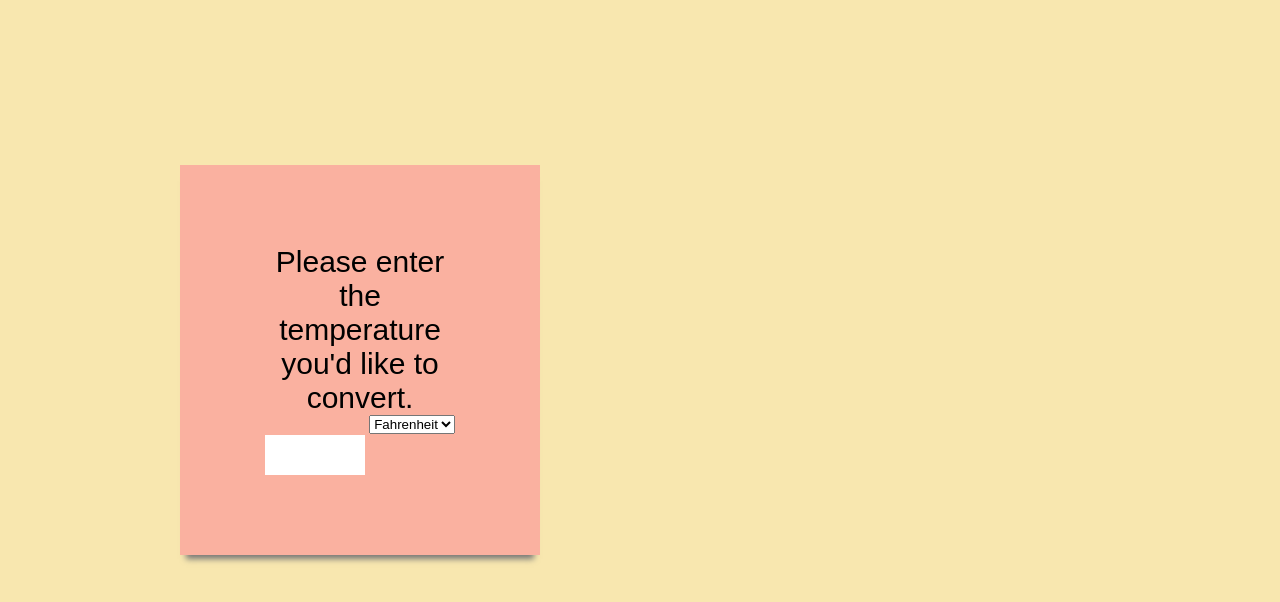
Repository: Mayur2905/OIBSIP
Page: Task-4/index.html
The author's editor kept a copy of each file at every save. The page is drawn from the files as they stood at one save, then again after the next save.
The browser window is 1280 px wide. The pictures show the whole page.

Above is the page before, as saved 2022-02-03 22:13:13.

After the next save:
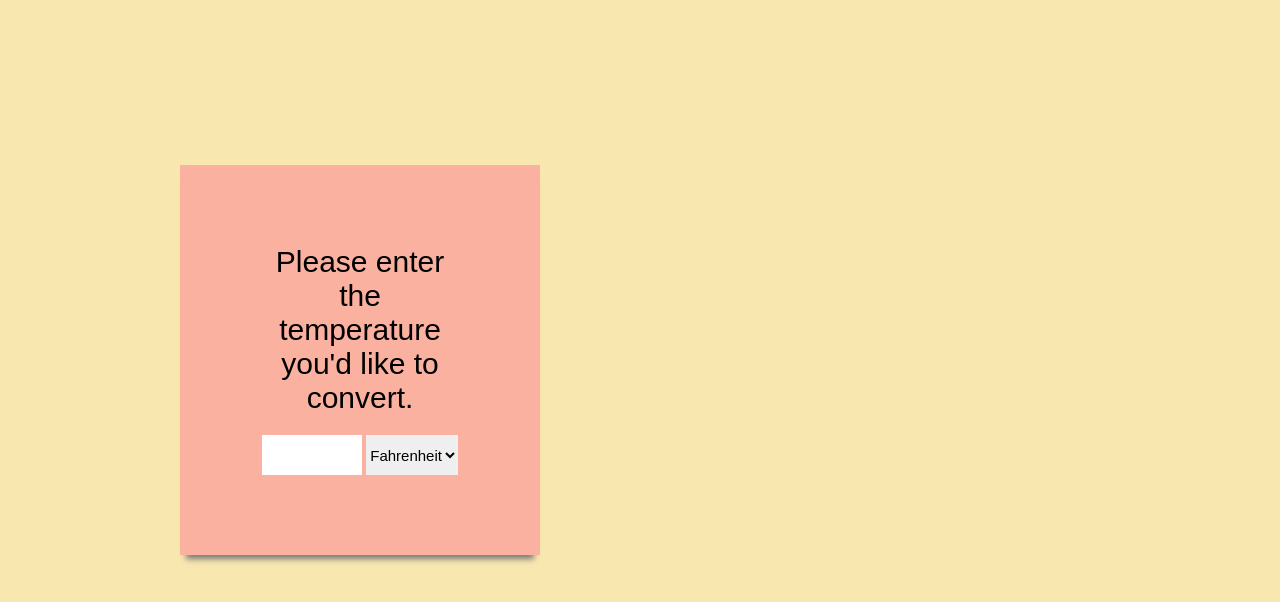
Saved 3 min 36 s later.
--- a/Task-4/style.css
+++ b/Task-4/style.css
@@ -37,3 +37,11 @@ form {
   margin-top: 20px;
   vertical-align: top;
 }
+
+#temp_diff {
+  height: 40px;
+  border: none;
+  margin-top: 20px;
+  font-size: 15px;
+  vertical-align: top;
+}
